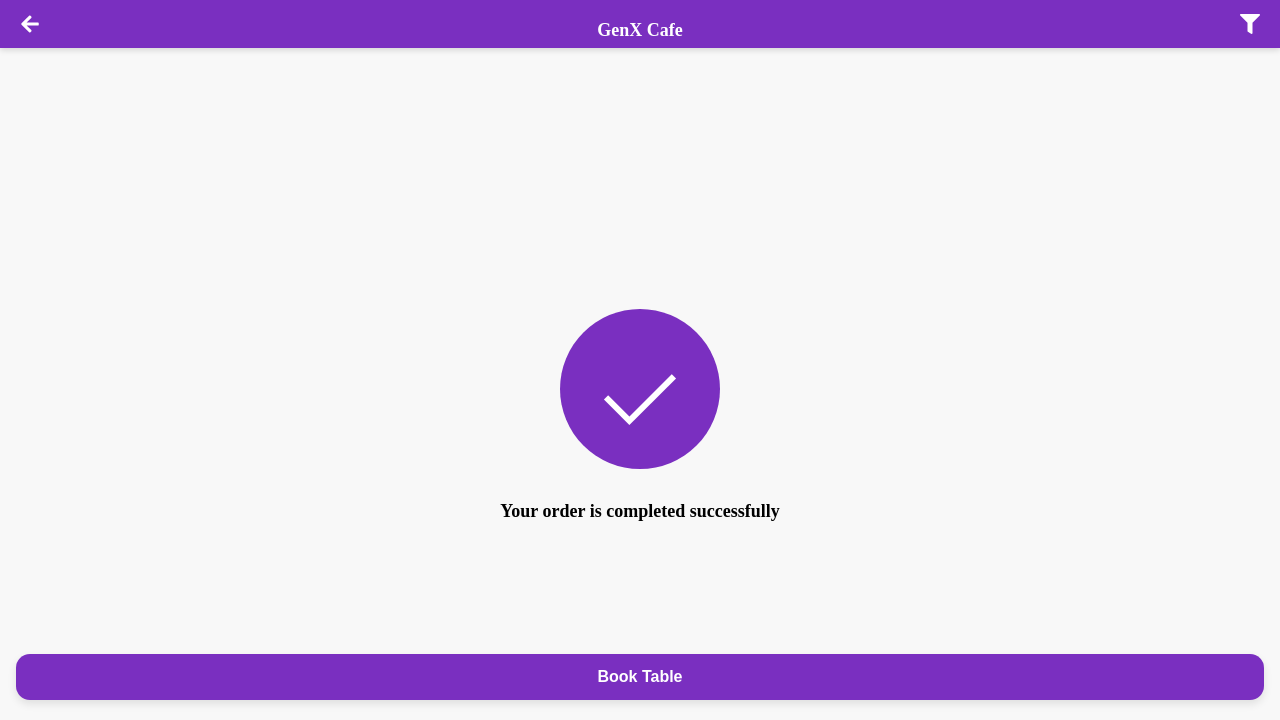
Repository: rajeshwaranslv/sturdy-spork-genx-frontend
Page: /success
An editor plug-in stored every save of this project. The page is shown before and after the next save, followed by the edit.
The browser window is 1280 px wide. The pictures show the whole page.
The project was rebuilt for these pictures with package versions that can differ from the ones it lists, and the page was loaded fresh each time. Also part of the build but not shown: src/components/TableSelection.js, src/components/menu.css, src/components/MenuSelection.js, src/components/order.css, src/components/OrderReview.js, src/components/Billing.js.

Above is the page before, as saved 2025-07-16 17:09:39.

After the next save:
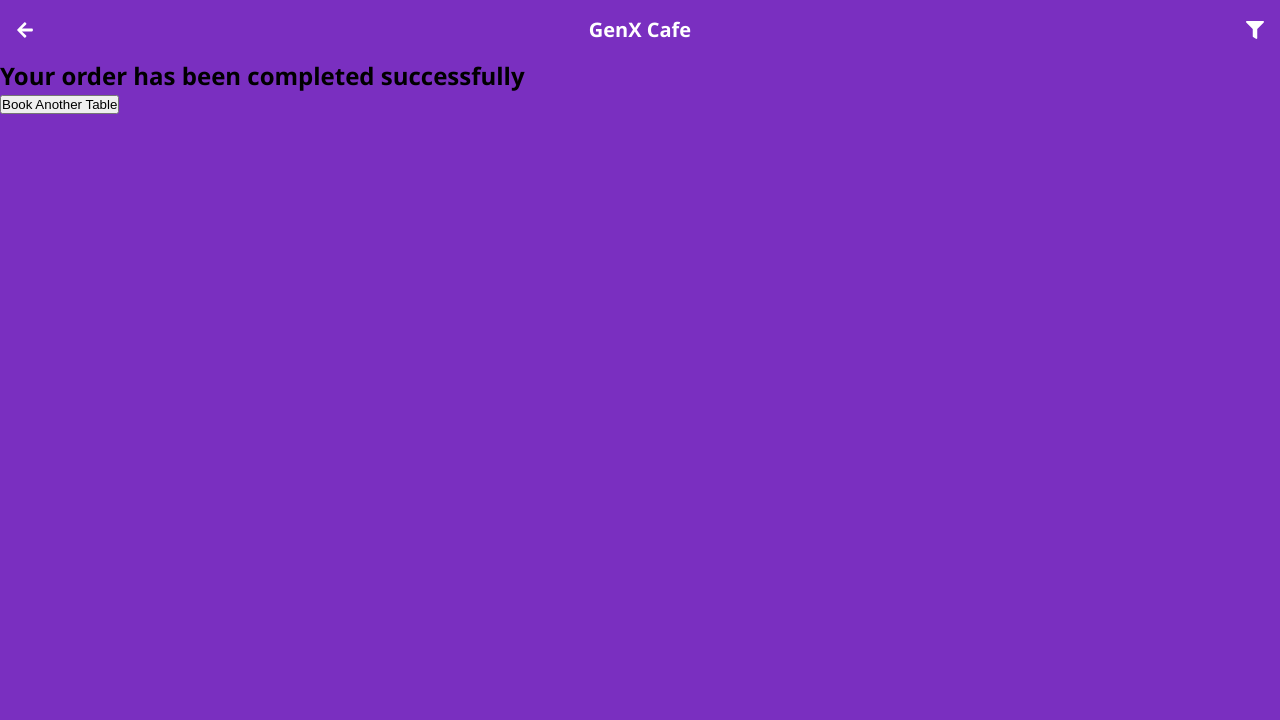
Saved 50 s later.
--- a/src/components/Success.js
+++ b/src/components/Success.js
@@ -1,8 +1,8 @@
 import React, { useEffect } from 'react';
 import { withRouter } from 'react-router-dom';
 import { updateTableStatus } from '../services/api';
-import { FaArrowLeft, FaFilter } from 'react-icons/fa'; // ✅ Import icons
-import './success.css';
+import { FaArrowLeft, FaFilter } from 'react-icons/fa';
+import './style.css'; // ✅ Use your shared styles
 
 function Success({ history, location }) {
   const tableId = location.state?.tableId;
@@ -10,30 +10,33 @@ function Success({ history, location }) {
   useEffect(() => {
     if (tableId) {
       updateTableStatus(tableId, { status: 'available' })
-        .then(() => console.log(`Table ${tableId} marked available ✅`))
-        .catch(err => console.error('Failed to update table status:', err));
+        .then(() => console.log(`✅ Table ${tableId} marked available`))
+        .catch(err => console.error('❌ Failed to update table status:', err));
     }
   }, [tableId]);
 
   return (
-<div className="container success-page">
-  <div className="header-bar">
-    <FaArrowLeft className="icon" onClick={() => history.push('/')} />
-    <h2 className='header-h2'>GenX Cafe</h2>
-    <FaFilter className="icon" />
-  </div>
+    <div className="container-fluid success-wrapper">
+      {/* ✅ Sticky Header */}
+      <div className="header-bar">
+        <FaArrowLeft className="icon" onClick={() => history.push('/')} />
+        <h2>GenX Cafe</h2>
+        <FaFilter className="icon" />
+      </div>
 
-  <div className="checkmark-circle">
-    <div className="checkmark" />
-  </div>
+      {/* ✅ Confirmation Block */}
+      <div className="confirmation-card">
+        <div className="checkmark-circle">
+          <div className="checkmark" />
+        </div>
+        <h2 className="success-message">Your order has been completed successfully</h2>
+      </div>
 
-  <h2>Your order is completed successfully</h2>
-
-  <button className="footer-btn" onClick={() => history.push('/')}>
-    Book Table
-  </button>
-</div>
-
+      {/* ✅ Fixed CTA */}
+      <button className="footer-btn" onClick={() => history.push('/')}>
+        Book Another Table
+      </button>
+    </div>
   );
 }
 
